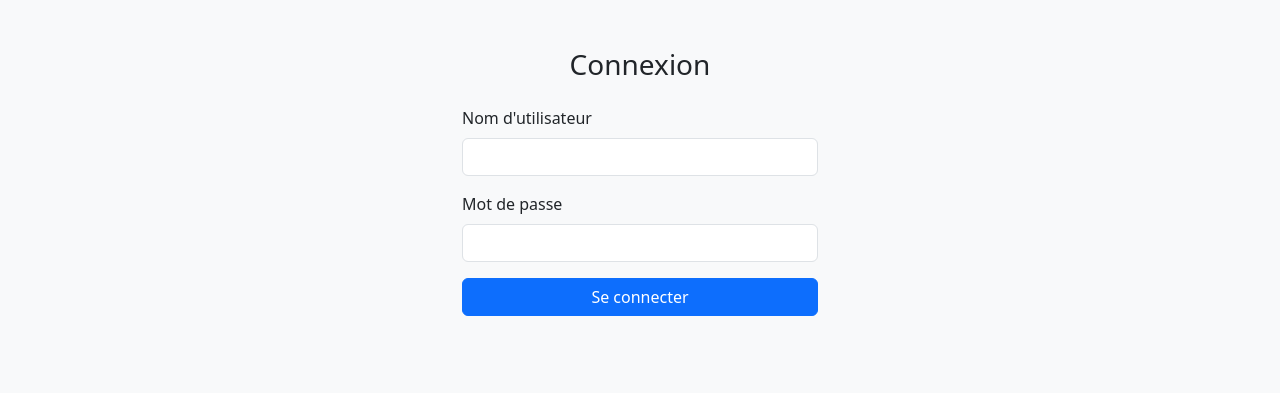
Repository: SaharGab/LocationsMaisons-JavaEE-VelvetEscape
Page: http://localhost/LocationMaisons/pages/login.jsp
The author's editor kept a copy of each file at every save. The page is drawn from the files as they stood at one save, then again after the next save.
The browser window is 1280 px wide. The pictures show the whole page.
The page is served by Tomcat 10.

Above is the page before, as saved 2025-04-23 18:27:39.

After the next save:
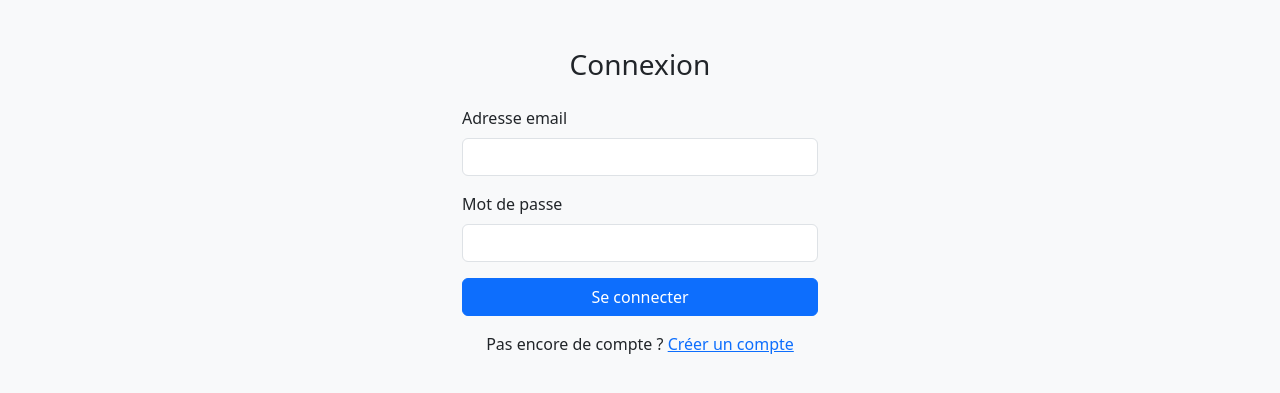
Saved 3 min 37 s later.
--- a/LocationMaisons/src/main/webapp/pages/login.jsp
+++ b/LocationMaisons/src/main/webapp/pages/login.jsp
@@ -16,8 +16,8 @@
 
             <form action="AuthServlet" method="post">
                 <div class="mb-3">
-                    <label for="username" class="form-label">Nom d'utilisateur</label>
-                    <input type="text" class="form-control" id="username" name="username" required>
+                    <label for="email" class="form-label">Adresse email</label>
+                    <input type="email" class="form-control" id="email" name="username" required>
                 </div>
 
                 <div class="mb-3">
@@ -33,6 +33,12 @@
                 <div class="alert alert-danger mt-3"><%= message %></div>
             <% } %>
 
+            <div class="text-center mt-3">
+                <p>Pas encore de compte ?
+                    <a href="${pageContext.request.contextPath}/pages/register.jsp">Créer un compte</a>
+                </p>
+            </div>
+
         </div>
     </div>
 </div>
